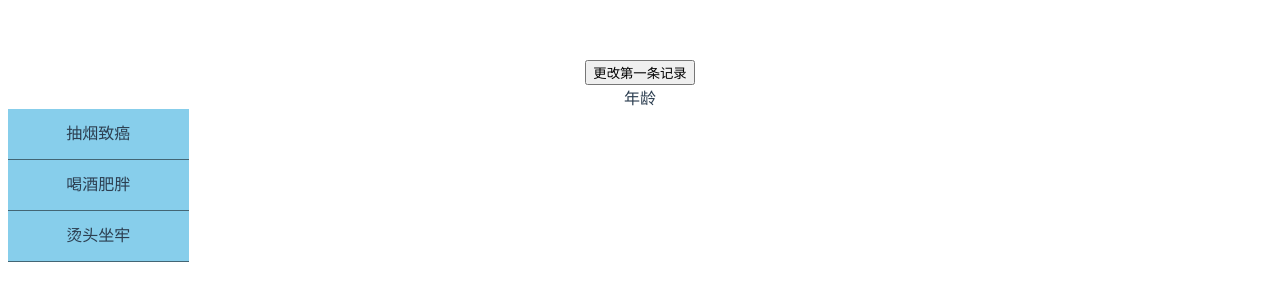
Repository: sunboxsoft/vue-key_Vue.set_parser-babylon
Page: /#/ComprehensicePractise
An editor plug-in stored every save of this project. The page is shown before and after the next save, followed by the edit.
The browser window is 1280 px wide. The pictures show the whole page.
The project was rebuilt for these pictures with package versions that can differ from the ones it lists, and the page was loaded fresh each time. Also part of the build but not shown: src/components/HelloWorld.vue.

Above is the page before, as saved 2022-05-14 07:34:24.

After the next save:
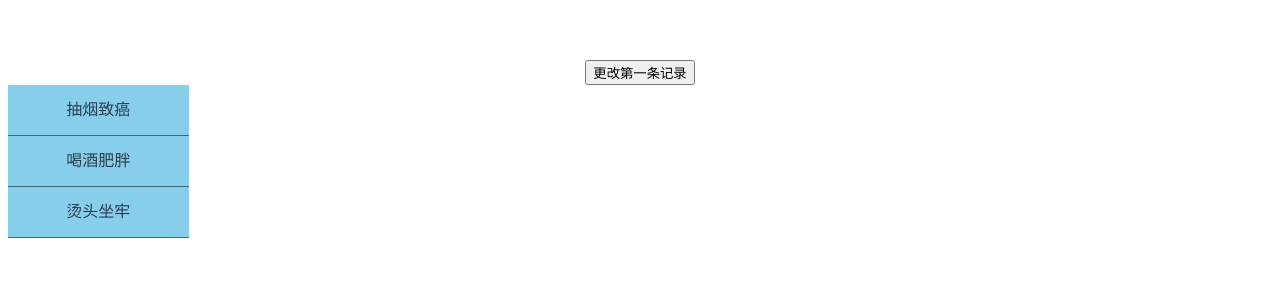
Saved 10 s later.
--- a/src/components/ComprehensicePractise.vue
+++ b/src/components/ComprehensicePractise.vue
@@ -1,7 +1,7 @@
 <template>
   <section class="ComprehensicePractise">
     <button @click="changeOneRecord">更改第一条记录</button>
-   <div>
+   <div v-if="student.age">
     年龄{{student.age}}
     </div>
     <ul>
